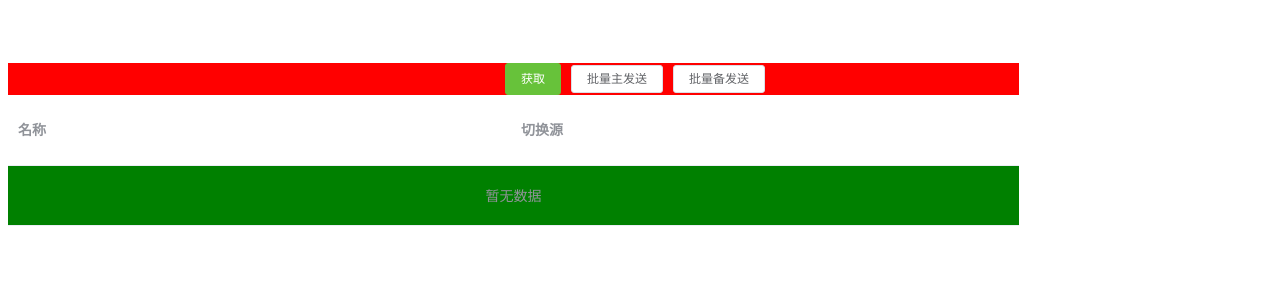
Repository: faintout/BHMQTTSendTool
Page: /
The author's editor kept a copy of each file at every save. The page is drawn from the files as they stood at one save, then again after the next save.
The browser window is 1280 px wide. The pictures show the whole page.
The project was rebuilt for these pictures with package versions that can differ from the ones it lists, and the page was loaded fresh each time. Also part of the build but not shown: vue.config.js.

Above is the page before, as saved 2020-09-03 13:49:30.

### public/index.html
<!DOCTYPE html>
<html lang="en">
  <head>
    <meta charset="utf-8">
    <meta http-equiv="X-UA-Compatible" content="IE=edge">
    <meta name="viewport" content="width=device-width,initial-scale=1.0">
    <link rel="stylesheet" href="">
    <title></title>
  </head>
  <body>
    <div id="app">

    </div>
    <!-- built files will be auto injected -->
  </body>
</html>

### src/main.js
import Vue from 'vue'
import App from './App.vue'
import router from './router'
import $ from 'jquery'
import ElementUi from 'element-ui'
import 'element-ui/lib/theme-chalk/index.css'
import 'element-ui/lib/theme-chalk/reset.css'

Vue.config.productionTip = false
Vue.use(ElementUi)
new Vue({
  router,
  render: h => h(App)
}).$mount('#app')

### src/router/index.js
import Vue from 'vue'
import VueRouter from 'vue-router'
import MqttSendTool from '../views/MqttSendTool.vue'

Vue.use(VueRouter)

  const routes = [
  {
    path: '/',
    name: 'MqttSendTool',
    component: MqttSendTool
  },
]

const router = new VueRouter({
  routes
})

export default router

### src/views/MqttSendTool.vue
<template>
    <div class="content">
        <title></title>
        <!-- 按钮模块 -->
        <div style="position: relative;left: calc(50% - 13%);width: 50%;" class="content_title">
            <!-- <el-input style="display:inline-block;width:20%;right: 5%;" size="small" v-model="localIP"></el-input> -->
            <el-button type="success" size="small" @click="getAllMqttData">获取</el-button>
            <el-button size="mini" @click="batch(0)">批量主发送</el-button>
            <el-button size="mini" @click="batch(1)">批量备发送</el-button>
            <!-- <el-button type="success" size="small" @click="sendData()">发送</el-button> -->
        </div>
        <el-table v-loading="tableLoading" :data="tableData" class="el_table">
            >
            <el-table-column prop="name" label="名称">
            </el-table-column>
            <el-table-column label="切换源">
                <template slot-scope="scope">
                    <el-radio-group v-model="scope.row.switchStatus">
                        <el-radio :label="0" @click="scope.row.switchStatus = 0">主</el-radio>
                        <el-radio :label="1" @click="scope.row.switchStatus = 1">备</el-radio>
                    </el-radio-group>
                </template>
            </el-table-column>
            <el-table-column min-width="1" label="操作">
                <template slot-scope="scope">
                    <el-button type="success" size="small" @click="changeData(scope.row)">编辑</el-button>
                    <el-button type="success" size="small" @click="sendData(scope.row)">发送</el-button>
                </template>
            </el-table-column>
        </el-table>
        <!-- 弹框 -->
        <el-dialog title="编辑" :visible.sync="dialogVisible" width="30%"  :close-on-click-modal = false>
            <el-input type="textarea" :rows="25" class="el_input" v-model="editTable"></el-input>
            <span slot="footer" class="dialog-footer">
                <el-button @click="dialogVisible = false">取 消</el-button>
                <el-button type="primary" @click="saveEdit">确 定</el-button>
            </span>
        </el-dialog>

    </div>
</template>

<script>
    //设置本地储存方法
    window.local = (key, value) => {
        return value ? localStorage.setItem(key, value) : localStorage.getItem(key)
    }
    export default {
        components: {},
        data() {
            return {
                dialogVisible: false,
                //本地IP
                localIP: '',
                //表格框加载
                tableLoading: false,
                tableData: [],
                editTable: '',
                editId: '',
                editswitchStatus: ''

            }
        },
        watch: {
            localIP(n, o) {
                local('localIP', n)
            }
        },
        computed: {

        },
        methods: {
            saveEdit() {
                this.dialogVisible = false
                let indicatorValue = this.editTable
                //保存
                console.log("修改名称", this.editList);
                let deviceId = this.editId
                let switchStatus = this.editswitchStatus
                let parmas = { indicatorValue, deviceId, switchStatus }
                $.ajax({
                    type: 'POST',
                    url: 'http://' + this.localIP + '/testData/setIndicatorValue',
                    data: parmas,
                    success: (data) => {
                        data.success && this.$message.success("修改数据成功！")
                    },
                    error: () => {
                        this.$message.error("数据获取失败，请检查IP地址！")
                    }
                })
            },
            changeData(value) {
                console.log(value);
                this.dialogVisible = true
                if (!value.switchStatus) {
                    //等于一
                    this.editTable = this.getFormatData(JSON.stringify(value.masterData))
                } else {
                    this.editTable = this.getFormatData(JSON.stringify(value.slaveData))
                }
                this.editId = value.id
                this.editswitchStatus = value.switchStatus
            },
            changeItem(item) {
                console.log('item', item);
            },
            changItemRadio(item) {
                console.log('itemzhixng ');
            },
            //获取所有数据
            getAllMqttData() {
                $.ajax({
                    type: 'POST',
                    url: 'http://' + this.localIP + '/testData/getDeviceListData',
                    success: (data) => {
                        if (data.data == []) {
                            this.$message.errot("获取数据为空！请确认数据是否存在")
                            return
                        }
                        this.tableData = data.data
                        data.success && this.$message.success("数据获取成功！")
                    },
                    error: () => {
                        this.$message.error("数据获取失败，请检查IP地址！")
                    }
                })
            },
            //数据处理
            dataProcessing() {

            },
            //批量设置
            /**
             * @type 0 主 1 备
             * @Date 2020-08-26 14:13:24
             */
            batch(type) {
                this.tableData.forEach(item => {
                    item.switchStatus = type ? 1 : 0
                })
                this.sendData()
            },
            //发送数据
            sendData(value) {
                this.tableLoading = true
                let data = value ? value : this.tableData
                console.log(data);
                let params = {
                    deviceIds: ''
                }
                if (data.length > 1) {
                    data.map(item => {
                        params.deviceIds += item.id + ','
                    })
                    params.deviceIds = params.deviceIds.substr(0, params.deviceIds.length - 1)
                    params.switchStatus = data[0].switchStatus
                } else {
                    params.deviceIds = data.id
                    params.switchStatus = data.switchStatus
                }
                console.log(params);
                // return
                $.ajax({
                    type: "POST",
                    url: 'http://' + this.localIP + '/testData/applySwitch',
                    data: params,
                    success: (data) => {
                        data.success && this.$message.success("数据发送成功！")
                        this.tableLoading = false
                    },
                    error: () => {

                    }
                })
                this.getAllMqttData()
            },
            //读取本地localIP
            getLocalIP() {
                this.localIP = local('localIP') != null ? local('localIP') : '172.17.35.23:24699'
                local('localIP') == null && local('localIP', '172.17.35.23:24699')
            },

            //方法
            repeat(s, count) {
                return new Array(count + 1).join(s)
            },
            formatJson(json) {
                var i = 0,
                    il = 0,
                    tab = "    ",
                    newJson = "",
                    indentLevel = 0,
                    inString = false,
                    currentChar = null;
                for (i = 0, il = json.length; i < il; i += 1) {
                    currentChar = json.charAt(i);
                    switch (currentChar) {
                        case '{':
                        case '[':
                            if (!inString) {
                                newJson += currentChar + "\n" + this.repeat(tab, indentLevel + 1);
                                indentLevel += 1
                            } else {
                                newJson += currentChar
                            }
                            break;
                        case '}':
                        case ']':
                            if (!inString) {
                                indentLevel -= 1;
                                newJson += "\n" + this.repeat(tab, indentLevel) + currentChar
                            } else {
                                newJson += currentChar
                            }
                            break;
                        case ',':
                            if (!inString) {
                                newJson += ",\n" + this.repeat(tab, indentLevel)
                            } else {
                                newJson += currentChar
                            }
                            break;
                        case ':':
                            if (!inString) {
                                newJson += ": "
                            } else {
                                newJson += currentChar
                            }
                            break;
                        case ' ':
                        case "\n":
                        case "\t":
                            if (inString) {
                                newJson += currentChar
                            }
                            break;
                        case '"':
                            if (i > 0 && json.charAt(i - 1) !== '\\') {
                                inString = !inString
                            }
                            newJson += currentChar;
                            break;
                        default:
                            newJson += currentChar;
                            break
                    }
                }
                return newJson
            },
            getFormatData(json) {
                var json = json + "";
                if (json.indexOf('{') == -1 && json.indexOf('[') == -1) {
                    return json;
                } else {
                    return (this.formatJson(json));
                }
            }

        },
        mounted() {
            console.log(local('localIP'), window);
            //读取本地IP
            this.getLocalIP()
            this.getAllMqttData()

        },
        created() {

        },
    }
</script>
<style lang="less" scoped>
    .content {
        margin: 5% 0 0 0;
        width: 80%;
        background-color: red;
    }

    .el_table {
        width: 100%;
        position: relative;
        background-color: green;

    }

    // @media screen and(max-width: 1366px) {
    //     .el_table {
    //         width: 60%;
    //         left: calc(50% - 25%);
    //     }
    // }

    input {
        height: 20rem;
    }
</style>

Loaded but not shown: src/App.vue (common file)

After the next save:
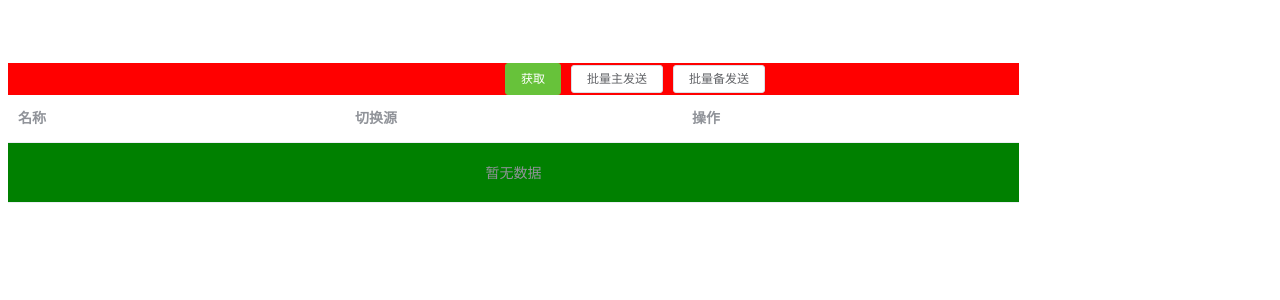
Saved 15 s later.
--- a/src/views/MqttSendTool.vue
+++ b/src/views/MqttSendTool.vue
@@ -21,7 +21,7 @@
                     </el-radio-group>
                 </template>
             </el-table-column>
-            <el-table-column min-width="1" label="操作">
+            <el-table-column label="操作">
                 <template slot-scope="scope">
                     <el-button type="success" size="small" @click="changeData(scope.row)">编辑</el-button>
                     <el-button type="success" size="small" @click="sendData(scope.row)">发送</el-button>
